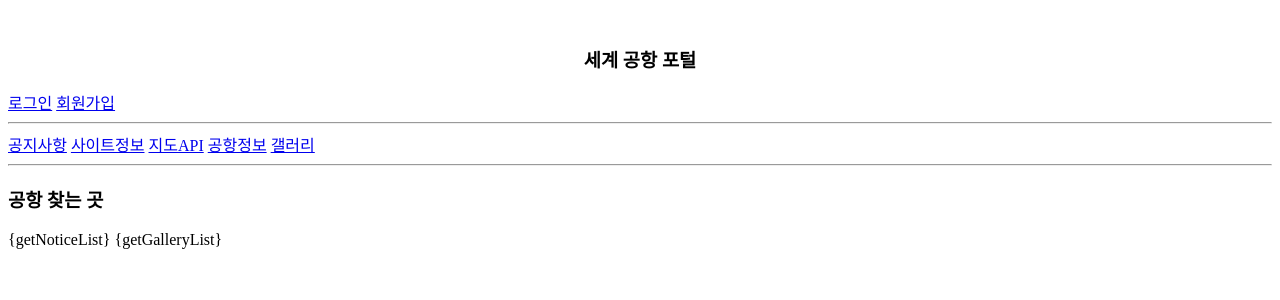
Repository: Gansaw/Airport_Portal
Page: http://localhost/home
These files come from the project's save history. The page is drawn as it stood at one moment and after the next save; the edit follows.
The browser window is 1280 px wide. The pictures show the whole page.
The page is this project's Thymeleaf template; nobody is signed in. The template is opened directly, without the code that normally fills it, so the values that code supplies are empty.

Above is the page before, as saved 2023-07-27 07:30:06.

After the next save:
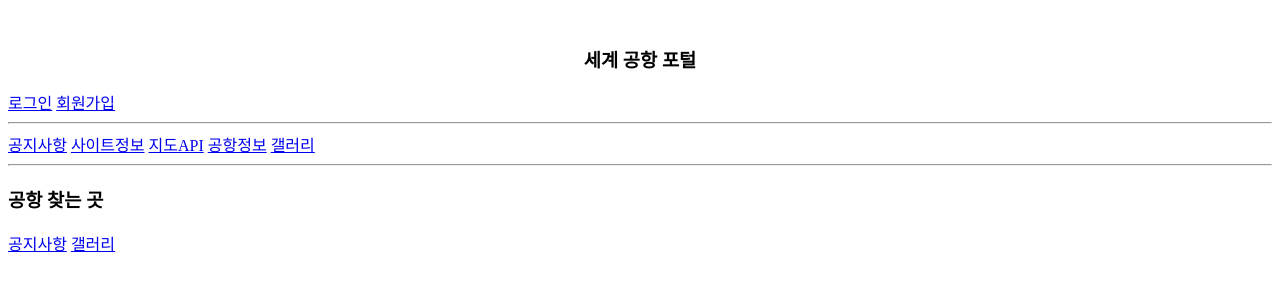
Saved 56 s later.
--- a/WebServiceDevelop/WebProject/src/main/resources/templates/home.html
+++ b/WebServiceDevelop/WebProject/src/main/resources/templates/home.html
@@ -24,8 +24,8 @@
 		<h3>공항 찾는 곳</h3>
 	</div>
 	<div>
-		{getNoticeList}
-		{getGalleryList}
+		<a th:href="@{/getNoticeList}">공지사항</a>
+		<a th:href="@{/getGalleryList}">갤러리</a>
 	</div>
 
 </body>
